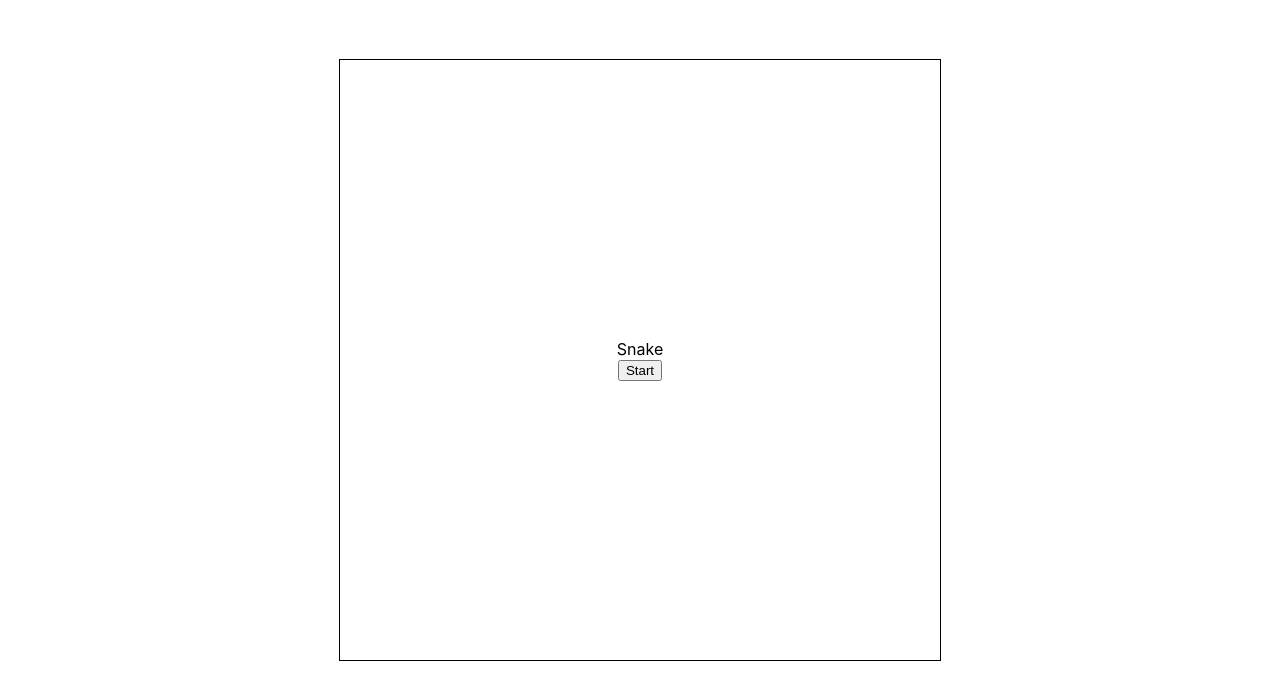
Repository: meills/react-snake
Page: /
An editor plug-in stored every save of this project. The page is shown before and after a run of saves, followed by the edit.
The browser window is 1280 px wide. The pictures show the whole page.
The project was rebuilt for these pictures with package versions that can differ from the ones it lists, and the page was loaded fresh each time. Also part of the build but not shown: src/components/Snakeboard.js, src/styles/App.css.

Above is the page before, as saved 2020-06-15 13:34:43.

### src/App.js
import React from 'react';
import Snakeboard from './components/Snakeboard.js';
import Welcome from './components/Welcome.js';
import GameOver from './components/Welcome.js';
import './styles/App.css';
import './styles/snakeboard.css';

const GRID_SIZE = 30;
const TICK_TIME = 100;

class App extends React.Component {
  state = {
    rows: GRID_SIZE,
    cols: GRID_SIZE,
    grid: [],
    food: {},
    snake: {
        head: {},
        tail: [],
    },
    currDir: 'left',
    tickTime: TICK_TIME,
    gameStart: false,
    gameOver: false,
  }


  render() {

    if (this.state.gameStart) {
      return (<div className="snake-container">
                <Snakeboard />
              </div>);
    }

    if (!this.state.gameStart) {
      return (<div className="snake-container">
                <Welcome />
              </div>);
    }

    if (this.state.gameOver) {

    }


  }

}

export default App;

### src/components/Welcome.js
import React from 'react';
import WelcomeMessage from './WelcomeMessage.js'
import StartButton from './StartButton.js'

function Welcome() {
    return(<div className='welcome'>
                <WelcomeMessage />
                <StartButton />
           </div>);
}

export default Welcome;

### src/styles/snakeboard.css
.snake-container {
    width: 100vw;
    height: 100vh;
    display: flex;
    align-items: center;
    justify-content: center;
}

.welcome {
    width: 600px;
    height: 600px;
    outline: 1px solid black;
    display: flex;
    align-items: stretch;
    align-items: center;
    justify-content: center;
    flex-direction: column;

}

.welcome-message {

}

.start-btn {
}

.grid {
    outline: 1px solid black;
    width: 600px;
    height: 600px;
    margin: auto;
    display: flex;
    flex-direction: row;
    flex-wrap: wrap;
}

.grid-item {
    width: 20px;
    height: 20px;
}

.is-food {
    background-color: red;
}


.snake-head {
    background-color: black;
}

.snake-tail {
    background-color: black;
}

### src/components/WelcomeMessage.js
import React from 'react';

function WelcomeMessage() {
    return(<div className='welcome-message'> Snake
           </div>);
}

export default WelcomeMessage;

### src/components/StartButton.js
import React from 'react';

function StartButton() {
    return(<div className='start-btn'><button type='button'>Start</button></div>);
}

export default StartButton;

Loaded but not shown: public/index.html (common file); src/index.js (common file); src/styles/index.css (common file); src/serviceWorker.js (common file)

After the next 2 saves:
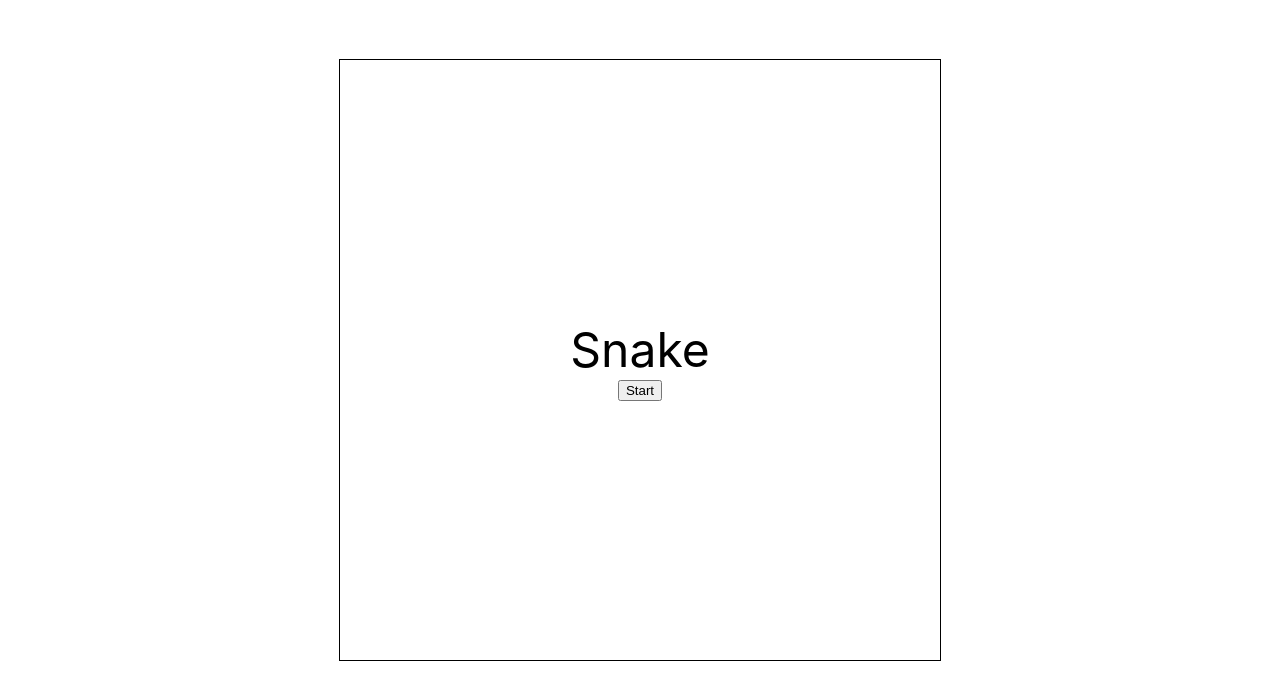
The 2 saves are shown as one change because they came seconds apart.
The last was saved 34 s later.
--- a/src/styles/snakeboard.css
+++ b/src/styles/snakeboard.css
@@ -19,7 +19,7 @@
 }
 
 .welcome-message {
-
+    font-size: 3em;
 }
 
 .start-btn {
